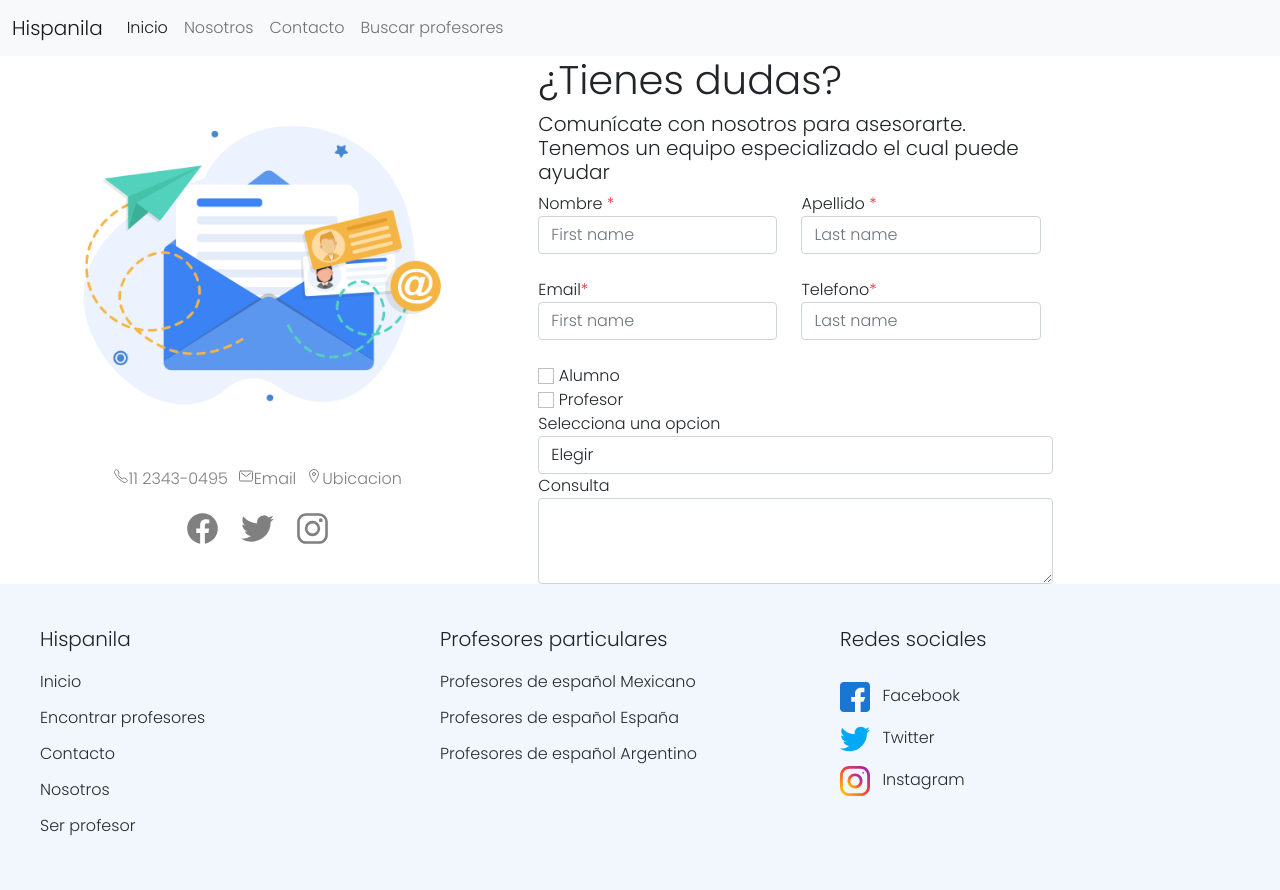
Repository: AgustinGarciaDev/Hispanila
Page: contact.html
These files come from the project's save history. The page is drawn as it stood at one moment and after the next save; the edit follows.
The browser window is 1280 px wide. The pictures show the whole page.
Some web libraries are served in a nearby version. The style sheet was rebuilt from its Sass, Less or Tailwind sources for each picture, by a compiler version that may differ from the author's.

Above is the page before, as saved 2021-01-28 23:06:50.

### contact.html
<!DOCTYPE html>
<html lang="en">

<head>

    <head>
        <meta charset="UTF-8">
        <title>Contacto</title>
        <meta name="viewport" content="width=device-width, user-scalable=no">
        <meta name="description" content="¿Tenes dudas? Comunícate con nosotros para asesorarte. Tenemos un equipo especializado el cual puede ayudar ">
        <meta name="keywords" content="Hispanila, contacto, ayuda, equipo , asesoramiento">
        <link rel="stylesheet" href="https://cdnjs.cloudflare.com/ajax/libs/animate.css/4.1.1/animate.min.css" />
        <link rel="preconnect" href="https://fonts.gstatic.com">
        <link rel="preconnect" href="https://fonts.gstatic.com">
        <link href="https://fonts.googleapis.com/css2?family=Poppins:ital,wght@0,200;0,300;0,800;0,900;1,200;1,500&display=swap" rel="stylesheet">
        <link href="https://fonts.googleapis.com/css2?family=Archivo:ital@0;1&display=swap" rel="stylesheet">
        <link href="https://cdn.jsdelivr.net/npm/bootstrap@5.0.0-beta1/dist/css/bootstrap.min.css" rel="stylesheet" integrity="sha384-giJF6kkoqNQ00vy+HMDP7azOuL0xtbfIcaT9wjKHr8RbDVddVHyTfAAsrekwKmP1" crossorigin="anonymous">
        <link rel="stylesheet" href="./css/style.css">

    </head>
</head>

<body class="contact__body">
    <header>
        <nav class="navbar navbar-expand-lg navbar-light bg-light">
            <div class="container-fluid">
                <a class="navbar-brand" href="./index.html">Hispanila</a>
                <button class="navbar-toggler" type="button" data-bs-toggle="collapse" data-bs-target="#navbarSupportedContent" aria-controls="navbarSupportedContent" aria-expanded="false" aria-label="Toggle navigation">
            <span class="navbar-toggler-icon"></span>
          </button>
                <div class="collapse navbar-collapse" id="navbarSupportedContent">
                    <ul class="navbar-nav me-auto mb-2 mb-lg-0">
                        <li class="nav-item">
                            <a class="nav-link active" aria-current="page" href="./index.html">Inicio</a>
                        </li>
                        <li class="nav-item">
                            <a class="nav-link" href="./we.html">Nosotros</a>
                        </li>
                        <li class="nav-item">
                            <a class="nav-link" href="./contact.html">Contacto</a>
                        </li>
                        <li class="nav-item">
                            <a class="nav-link" href="./searchteacer.html">Buscar profesores</a>
                        </li>
                    </ul>
                </div>
            </div>
        </nav>
    </header>

    <section>
        <div class="row">
            <div class="col-xl-5 col-lg12">
                <img class="email_img" src="./img/email.jpg" alt="">
                <div class="icons__list">
                    <a href="" class="icons__list_a">
                        <ion-icon name="call-outline"></ion-icon>11 2343-0495</a>
                    <a href="" class="icons__list_a">
                        <ion-icon name="mail-outline"></ion-icon>Email</a>
                    <a href="" class="icons__list_a">
                        <ion-icon name="location-outline"></ion-icon>Ubicacion</a>
                </div>
                <div class="icons__list__redsocial">
                    <a href="">
                        <ion-icon class="icons__list_logo_Redes" name="logo-facebook"></ion-icon>
                    </a>
                    <a href="">
                        <ion-icon class="icons__list_logo_Redes" name="logo-twitter"></ion-icon>
                    </a>
                    <a href="">
                        <ion-icon class="icons__list_logo_Redes" name="logo-instagram"></ion-icon>
                    </a>
                </div>
            </div>
            <div class="col-xl-5 col-lg12 ">
                <div class="text-contact">
                    <h1 class="text-contact__h1">¿Tienes dudas? </h1>
                    <h2 class="text-contact__h2">Comunícate con nosotros para asesorarte. Tenemos un equipo especializado el cual puede ayudar</h2>
                    <form>
                        <div class="row ">
                            <div class="col-6 mb-4 ">
                                <label class="font-weight-bold ">Nombre <span class="text-danger ">*</span></label>
                                <input type="text " class="form-control " placeholder="First name ">
                            </div>
                            <div class="col-6 mb-4 ">
                                <label class="font-weight-bold ">Apellido <span class="text-danger ">*</span></label>
                                <input type="text " class="form-control " placeholder="Last name ">
                            </div>

                            <div class="col-6 mb-4 ">
                                <label class="font-weight-bold ">Email<span class="text-danger ">*</span></label>
                                <input type="email " class="form-control " placeholder="First name ">
                            </div>
                            <div class="col-6 mb-4 ">
                                <label class="font-weight-bold ">Telefono<span class="text-danger ">*</span></label>
                                <input type="number " class="form-control " placeholder="Last name ">
                            </div>

                            <div class="col-6">
                                <input class="form-check-input " type="checkbox " id="gridCheck ">
                                <label class="form-check-label " for="gridCheck "> Alumno </label></div>
                        </div>
                        <div class="col-6">
                            <input class="form-check-input " type="checkbox " id="gridCheck ">
                            <label class="form-check-label " for="gridCheck "> Profesor</label></div>
                        <div class="col-12">
                            <label for="inputState ">Selecciona una opcion</label>
                            <select id="inputState " class="form-control ">
                               <option selected>Elegir</option>
                               <option>Problema con un profesor</option>
                               <option>Necesito soporte tecnico</option>
                               <option>Otra</option>
                            </select>
                        </div>
                        <div class="col-12 ">
                            <label for="exampleFormControlTextarea1 ">Consulta</label>
                            <textarea class="form-control " id="exampleFormControlTextarea1 " rows="3 "></textarea>
                        </div>
                    </form>
                </div>
            </div>
        </div>
        </div>
    </section>
    <footer class="footer">
        <div class="list__footer ">
            <p class="list__footer__p-modifier ">Hispanila</p>
            <li class="list__footer__li-modifier "> <a class="list__footer__a-modifier " href="/index.html ">Inicio</a></li>
            <li class="list__footer__li-modifier "> <a class="list__footer__a-modifier " href="/searchteacer.html ">Encontrar profesores</a></li>
            <li class="list__footer__li-modifier "><a class="list__footer__a-modifier " href="/contacte.html ">Contacto</a></li>
            <li class="list__footer__li-modifier "><a class="list__footer__a-modifier " href="/we.html ">Nosotros</a></li>
            <li class="list__footer__li-modifier "><a class="list__footer__a-modifier " href="/we.html ">Ser profesor</a></li>
        </div>
        <div class="list__footer ">
            <p class="list__footer__p-modifier ">Profesores particulares</p>
            <li class="list__footer__li-modifier "> <a class="list__footer__a-modifier " href=" https://www.facebook.com/ "> Profesores de español Mexicano</a></li>
            <li class="list__footer__li-modifier "><a class="list__footer__a-modifier " href="https://twitter.com/home "> Profesores de español España</a></li>
            <li class="list__footer__li-modifier "><a class="list__footer__a-modifier " href="https://www.instagram.com/ "> Profesores de español Argentino</a></li>
        </div>

        <div class="list__footer ">
            <p class="list__footer__p-modifier "> Redes sociales</p>
            <li class="list__footer__li-modifier "></li><img class="list__footer__img-modifier " src="./img/facebook.svg " alt=" "> <a class="list__footer__a-modifier " href="https://www.facebook.com/ ">Facebook</a></li>
            <li class="list__footer__li-modifier "></li><img class="list__footer__img-modifier " src="./img/gorjeo.svg " alt=" "> <a class="list__footer__a-modifier " href="https://twitter.com/home ">Twitter</a></li>
            <li class="list__footer__li-modifier "></li><img class="list__footer__img-modifier " src="./img/instagram.svg " alt=" "> <a class="list__footer__a-modifier " href="https://www.instagram.com/ ">Instagram</a></li>
        </div>
    </footer>
    <script src="https://unpkg.com/ionicons@5.2.3/dist/ionicons.js "></script>
    <script src="https://cdn.jsdelivr.net/npm/bootstrap@5.0.0-beta1/dist/js/bootstrap.bundle.min.js " integrity="sha384-ygbV9kiqUc6oa4msXn9868pTtWMgiQaeYH7/t7LECLbyPA2x65Kgf80OJFdroafW " crossorigin="anonymous "></script>
</body>

</html>

### scss/style.scss
@import"variables";
@import "header";
@import "footer";
@import "body";
@import "contac";
@import "profile";
@import "aboutUs";

### scss/_variables.scss
/* TIPOGRAFIAS */

$font-body: 'Poppins',
sans-serif;

/* SIZE TIPOGRAFIAS */

$nameteacher: 16px;
$titulocontacto: 20px;

/* ICONOS COLOR */

$color-start-icon: #FEC400;
$color-social:gray;

/*Color background*/

$color-box: linear-gradient(145deg, #d8e8f2, #b6c3cb);

/*Padding*/

$padding-currilum: 40px;

### scss/_header.scss
header {
    position: sticky;
    top: 0;
    z-index: 5;
}

### scss/_footer.scss
.footer {
    background-color: #F2F7FD;
    display: grid;
    grid-template-columns: repeat(3, 1fr);
    padding: 40px;
}

.list__footer__p-modifier {
    font-size: 20px;
}

.list__footer__li-modifier {
    list-style: none;
    align-items: center;
    display: flex;
    margin-bottom: 12px;
}

.list__footer__a-modifier {
    text-decoration: none;
    color: #252b2f;
}

.list-footer a:hover {
    text-decoration: underline;
}

.list__footer__img-modifier {
    width: 30px;
    height: 30px;
    margin-right: 8px;
}

@media (max-width: 768px) {
    .footer {
        display: flex;
        flex-wrap: wrap;
    }
    .list__footer {
        padding-left: 10px;
        padding-right: 10px;
        justify-content: center;
    }
}

@media (max-width: 520px) {}

### scss/_body.scss
body {
    margin: 0;
    font-family: $font-body;
}

### scss/_contac.scss
.row {
    margin-right: 0;
}

.email_img {
    width: 100%;
}

.icons__list {
    display: flex;
    justify-content: center;
}

.icons__list_a {
    text-decoration: none;
    color: $color-social;
    padding-bottom: 10px;
    padding-left: 5px;
    padding-right: 5px;
}

.icons__list__redsocial {
    display: flex;
    flex-direction: row;
    padding-top: 10px;
    justify-content: center;
}

.icons__list_logo_Redes {
    color: $color-social;
    font-size: 35px;
    margin: 0 10px;
}

.text-contact__h2 {
    font-size: $titulocontacto;
}

@media (max-width: 520px) {
    .text-contact__h1 {
        text-align: center;
    }
    .text-contact__h2 {
        font-size: $titulocontacto -7;
        text-align: center;
    }
}

### scss/_profile.scss
    .layout {
        display: grid;
        grid-template-columns: 2fr 1fr;
        grid-template-rows: 1fr;
        grid-column-gap: 10px;
        grid-row-gap: 10px;
        padding: 20px;
    }

    .layout__infoteache__video-modifier {
        width: 100%;
        height: 500px;
    }

    .layout__profile {
        border-radius: 8px;
        background: #ffffff;
        box-shadow: 8px 8px 55px #d9d9d9, -8px -8px 55px #ffffff;
    }

    .layaout__datachecher__layout__img-modifier {
        width: 80px;
        height: 80px;
        border-radius: 50%;
        display: flex;
        margin: auto;
    }

    .layaout__datachecher__h1-modifier {
        font-size: 30px;
        font-weight: 600;
    }

    .layaout__datachecher__h2-modifier {
        font-size: 14px;
    }

    .scoreteacher {
        display: flex;
        flex-direction: row;
    }

    .scoreteacher__icon--modifier {
        color: $color-start-icon;
        margin-top: 28px;
        margin-bottom: 2px;
    }

    .scoreteacher__number--modifier {
        margin-top: 26px;
        margin-bottom: 2px;
        padding-left: 9px;
    }

    .layout__sepator {
        border: 1px solid #10101030;
        margin: 10px;
    }

    .card {
        margin-bottom: 15px;
        margin-top: 15px;
    }

    .card-body {
        display: flex;
    }

    .clases__titulo-Modifier {
        font-size: 25px;
        font-size: 500;
    }

    .curriculum {
        margin: 30px 0;
        border-radius: 8px;
        background: #ffffff;
        box-shadow: 8px 8px 55px #d9d9d9, -8px -8px 55px #ffffff;
        padding: $padding-currilum;
    }

    .lessons__box {
        padding: 40px;
        margin: 30px 0;
        border-radius: 8px;
        background: #ffffff;
        box-shadow: 8px 8px 55px #d9d9d9, -8px -8px 55px #ffffff;
    }

    .Comentary {
        margin-top: 20px;
        background: #ffffff;
        box-shadow: 8px 8px 55px #d9d9d9, -8px -8px 55px #ffffff;
        padding: 30px;
    }

    .personaldata {
        display: flex;
        flex-direction: row;
    }

    .Comentary__grid {
        margin-top: 40px;
        display: grid;
        grid-template-columns: 1fr 1fr;
        grid-template-rows: 1fr 1fr 1fr;
        grid-row-gap: 30px;
    }

    .Comentary__layout {
        width: 350px;
        height: 140px;
        padding: 10px;
        background: rgba( 255, 255, 255, 0.00);
        box-shadow: 0 8px 10px 0 rgba( 31, 38, 135, 0.37);
        border-radius: 10px;
    }

    .personaldata img {
        border-radius: 50%;
        width: 50px;
        height: 50px;
    }

    .Reserva {
        position: sticky;
        top: 100px;
        height: 350px;
        border-radius: 8px;
        background: #ffffff;
        box-shadow: 8px 8px 55px #d9d9d9, -8px -8px 55px #ffffff;
    }

    .Reserva__precios_layout {
        padding-bottom: 10px;
        padding-top: 10px;
    }

    .boton__ML {
        display: flex;
        justify-content: center;
    }

    .mercadopago-button {
        height: 40px;
        font-weight: 300px;
        font-family: $font-body;
        background-color: #00b1ff!important;
        width: 100%;
        border-radius: 1px;
        background: $color-box;
        box-shadow: 5px 5px 9px #b8c5ce, -5px -5px 9px #dcedf6;
    }

    .Reserva__divider {
        border: 1px solid gray;
    }

    .Reserva__contact {
        text-align: center;
        padding: 20px;
    }

    .Reserva__contact_boton {
        display: block;
        font-weight: 400;
        padding: 20px;
        text-decoration: none;
        color: white;
        background: #48af41!important;
        border-radius: 1px;
        border-radius: 1px;
        background: $color-box;
        box-shadow: 5px 5px 9px #b8c5ce, -5px -5px 9px #dcedf6;
    }
    /* Responsive */

    @media (max-width: 890px) {
        .layout {
            display: flex;
            flex-direction: column;
        }
        .Comentary__grid {
            display: flex;
            flex-wrap: wrap;
        }
        .Comentary__layout {
            width: 100%;
        }
        .Reserva {
            position: relative;
            top: 0;
            width: 100%;
            height: 350px;
        }
    }

    @media (max-width: 520px) {
        .layout__infoteache__video-modifier {
            height: 240px;
        }
        .layout__scoreteacher {
            margin-left: 132px;
        }
        .layout__dateacher_info {
            margin-left: -9px;
        }
        .Reserva__contact_boton {
            width: 200px;
            height: 70px;
            display: inline-block;
            padding: 10px;
        }
        .card-body {
            flex-direction: column;
            align-items: center;
        }
        .curriculum {
            padding: $padding-currilum -30;
        }
    }

### scss/_aboutUs.scss
    .About__tittle-h1 {
        text-align: center;
        padding: 20px 0;
    }

    .About__img {
        display: flex;
        justify-content: center;
        align-items: center;
    }

    .About__img--modifier {
        width: 900px;
        height: 600px;
    }

    .About__history {
        text-align: center;
        margin: 10px 500px;
    }

    .About_compromise_img {
        width: 400px;
        height: 300px;
    }

    .Value {
        margin-top: 40px;
    }

    .Value_p--modifier {
        font-size: 40px;
        font-weight: 500px;
    }

    @media (max-width: 890px) {
        .About__img--modifier {
            width: 100%;
            height: auto;
        }
        .About__history {
            margin: 10px 20px;
        }
    }

    @media (max-width: 570px) {
        .About_compromise_img {
            height: 300px;
        }
        .About_compromise__responsive {
            flex-direction: column-reverse;
            display: flex;
        }
        .Value {
            display: flex;
            align-items: center;
            justify-content: center;
        }
        .Value__box {
            display: flex;
            flex-direction: column;
            justify-content: center;
        }
    }

After the next save:
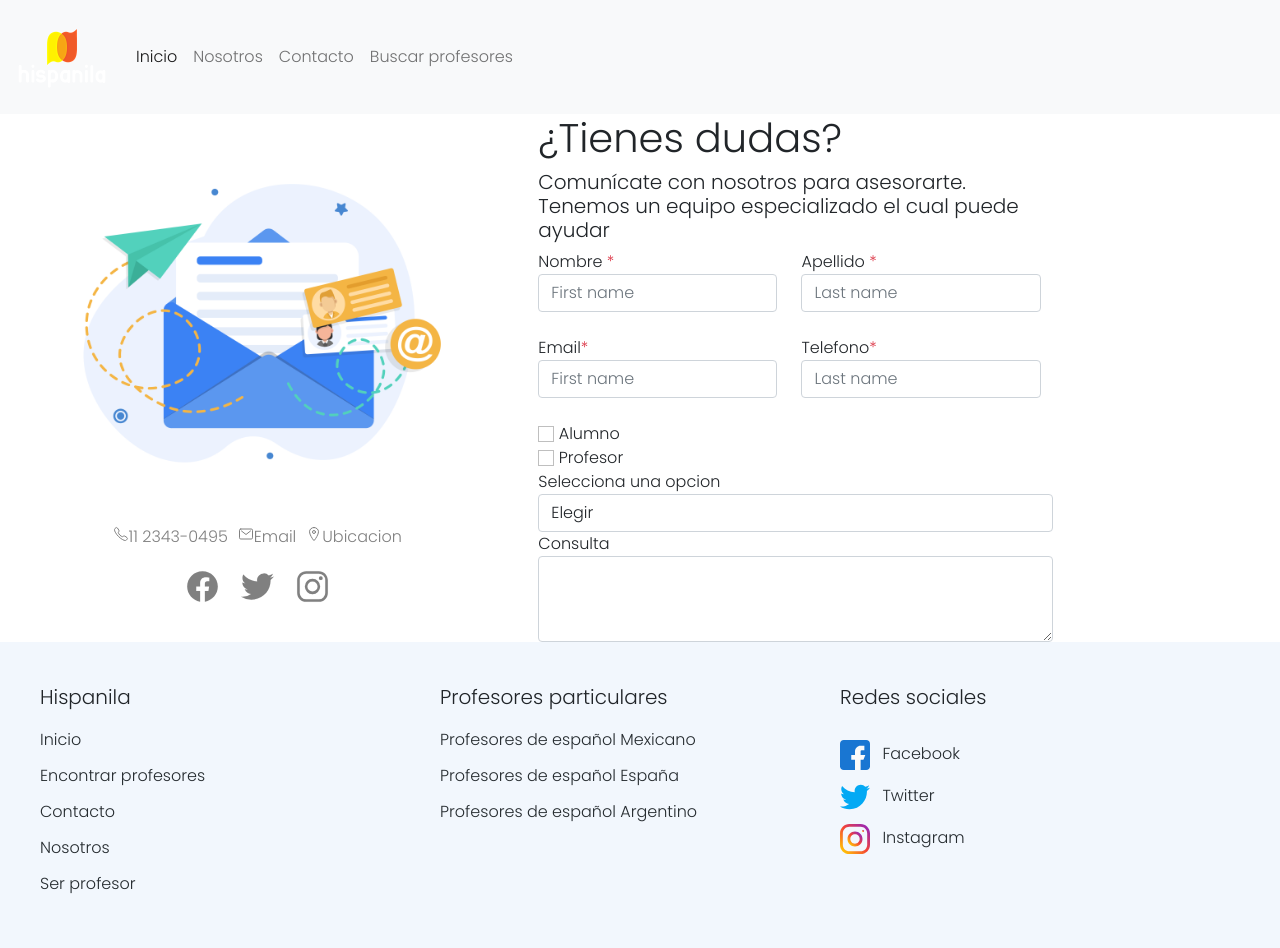
Saved 86 s later.
--- a/contact.html
+++ b/contact.html
@@ -22,9 +22,9 @@
 
 <body class="contact__body">
     <header>
-        <nav class="navbar navbar-expand-lg navbar-light bg-light">
+        <nav class="navbar navbar-expand-lg navbar-light bg-light nav-color">
             <div class="container-fluid">
-                <a class="navbar-brand" href="./index.html">Hispanila</a>
+                <a class="navbar-brand" href="./index.html"><img class="logo" src="./img/Hispanila_opt.png" alt=""></a>
                 <button class="navbar-toggler" type="button" data-bs-toggle="collapse" data-bs-target="#navbarSupportedContent" aria-controls="navbarSupportedContent" aria-expanded="false" aria-label="Toggle navigation">
             <span class="navbar-toggler-icon"></span>
           </button>
